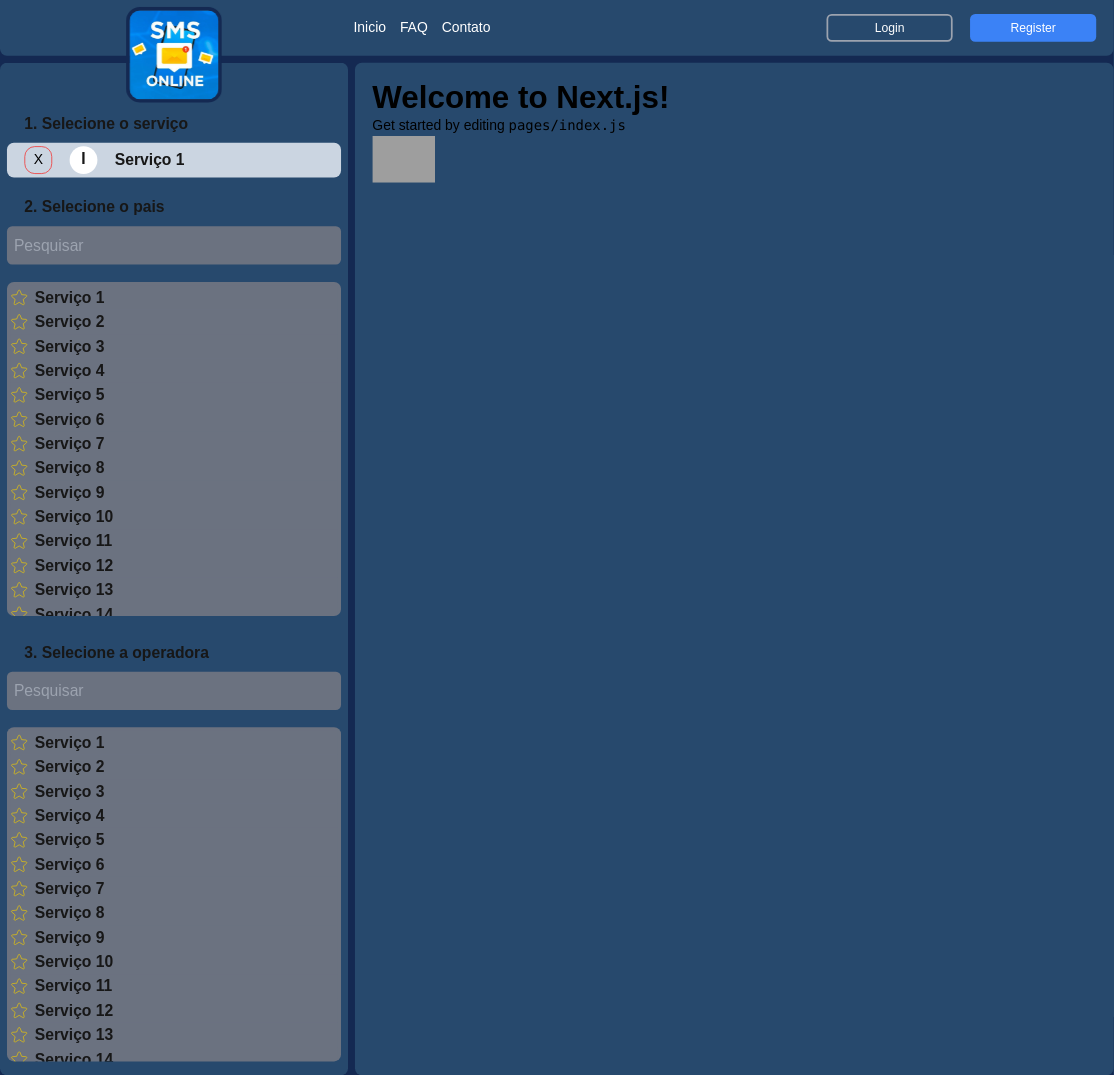
Repository: Felipe-Henrique-Dev/-DIOGO-SMS
Page: /, after clicking the first element matching `button.flex-col`
These files come from the project's save history. The page is drawn as it stood at one moment and after the next save; the edit follows.
The browser window is 1280 px wide. The pictures show the whole page, at 87% of full size.
Pictures or frames that could not be fetched are drawn as grey boxes. The project was rebuilt for these pictures with package versions that can differ from the ones it lists, and the page was loaded fresh each time. The framework's server and built-in components were replaced by stand-ins that run in the browser. Also part of the build but not shown: next.config.ts.

Above is the page before, as saved 2024-12-16 22:31:18.

### src/app/layout.tsx
import type { Metadata } from "next";
import "./globals.css";
import Header from "@/components/main/Header";
import Main from "@/components/main/Main";
import WebApp from "@/components/main/WebApp";



export const metadata: Metadata = {
  title: "Create Next App",
  description: "Generated by create next app",
};

export default function RootLayout({
  children,
}: Readonly<{
  children: React.ReactNode;
}>) {
  return (
    <html lang="pt-br">
      <body className={`antialiased`}>
        <Header />
        <Main>
          <WebApp />
          {children}
        </Main>
      </body>
    </html>
  );
}

### src/app/page.tsx
import Section from "@/components/main/Section";
import Image from "next/image";

export default function Home() {
  return (
    <Section>
      <h1 className="text-4xl font-bold text-center">Welcome to Next.js!</h1>
      <p className="text-center">
        Get started by editing <code>pages/index.js</code>
      </p>
      <Image
        src="/vercel.svg"
        alt="Vercel Logo"
        width={72}
        height={16}
      />
    </Section>
  );
}

### src/app/globals.css
@tailwind base;
@tailwind components;
@tailwind utilities;

:root {
  --background: hsl(220, 60%, 20%);
  --background-secondary: hsl(211, 47%, 29%);
  --background-tertiary: hsl(0, 0%, 87%);
  --primary_text: hsl(0, 0%, 100%);
  --foreground: #171717;
  --color-primary: #000;
  --color-secondary: hsl(208, 98%, 43%);
}


body {
  color: var(--foreground);
  background: var(--background);
  font-family: Arial, Helvetica, sans-serif;
}

::-webkit-scrollbar {
  width: 8px;
  height: 10px;
}

::-webkit-scrollbar-track {
  background-color: var(--background);
}

::-webkit-scrollbar-thumb {
  background: var(--color-secondary);
  border-radius: 10px;
}

::-webkit-scrollbar-thumb:hover {
  background-color: var(--color-highlight-hover);
}

### src/components/main/Header.tsx
import React from "react";
import { Button } from "./Button";


export default function Header() {
  return (
    <header className="h-16 bg-background_secondary max-w-screen-2xl m-auto top-0 items-center justify-between  flex rounded-b-lg px-5 z-[99] ">
        <span className="text-white text-lg font-bold"></span>
        <nav className="flex gap-4">
            <a href="#" className="text-white">Inicio</a>
            <a href="#" className="text-white">FAQ</a>
            <a href="#" className="text-white">Contato</a>
        </nav>
        <div className="container flex justify-between items-center w-1/4 gap-5">
            <Button type="button" size="sm" className="text-white" isLoading={false} bgColor="none">Login</Button>
            <Button type="button" size="sm" className="text-white" isLoading={false} bgColor="primary">
                Register
            </Button>
        </div>
    </header>
  );
}

### src/components/main/Main.tsx
import React from "react";

export default function Main({
  children,
}: Readonly<{
  children: React.ReactNode;
}>) {
  return (
    <main className="container max-w-screen-2xl mx-auto flex pt-2 gap-2 ">
      {children}
    </main>
  );
}

### src/components/main/WebApp.tsx
'use client'
import React from "react";
import { Input } from "./Input";
import { useForm } from "react-hook-form"
import Image from "next/image";
export default function WebApp() {
  const [selectService, setSelectService] = React.useState<{ title: string; valor: number; numberDispobilize: number; id: string } | null>(null);
  const [selectCountry, setSelectCountry] = React.useState<{ title: string; valor: number; numberDispobilize: number; id: string } | null>(null);
  const [selectOperator, setSelectOperator] = React.useState<{ title: string; valor: number; numberDispobilize: number; id: string } | null>(null);

  return (
    <aside className="min-w-[25rem] min-h-[90svh] bg-background_secondary text-pri sticky left-0 top-[4.5rem] rounded-lg flex flex-col p-2 gap-5  pt-14 z-[999]">
      <Image src="/logo.webp" alt="Logo" width={110} height={110} className="rounded-2xl absolute -top-16 transform -translate-x-1/2 left-1/2 z-[99] border-4 border-background " />
      <Container subTitle="1. Selecione o serviço" list={list} select={selectService} setSelect={setSelectService} />
      <Container subTitle="2. Selecione o pais" list={list} select={selectCountry} setSelect={setSelectCountry} />
      <Container subTitle="3. Selecione a operadora" list={list} select={selectOperator} setSelect={setSelectOperator} />
    </aside>
  );
}


const Container = ({
  list,
  subTitle,
  select,
  setSelect
}: {
  subTitle: string;
  select?: { title: string; valor: number; numberDispobilize: number; id: string } | null;
  setSelect: React.Dispatch<React.SetStateAction<{ title: string; valor: number; numberDispobilize: number; id: string } | null>>;
  list: { title: string; valor: number; numberDispobilize: number; id: string }[];
}) => {
  const { register, watch } = useForm();
  const filter = (watch("filter") || "").toLowerCase();
  const [favorites, setFavorites] = React.useState<string[]>([]);
  const [loading, setLoading] = React.useState<boolean>(true);

  React.useEffect(() => {
    const storedFavorites = JSON.parse(localStorage.getItem("favorites") || "[]");
    setFavorites(storedFavorites);
    setLoading(false);
  }, []);

  const setFavoriteInStorage = (item: string) => {
    const newFavorites = favorites.includes(item)
      ? favorites.filter(favorite => favorite !== item)
      : [...favorites, item];

    setFavorites(newFavorites);
    localStorage.setItem("favorites", JSON.stringify(newFavorites));
  };

  // Primeiro filtrar e ordenar a lista antes do map
  const filteredAndSortedList = React.useMemo(() => {
    return list
      .filter(item => item.title.toLowerCase().includes(filter))
      .sort((a, b) => {
        const aFav = favorites.includes(a.id);
        const bFav = favorites.includes(b.id);
        if (aFav && !bFav) return -1;
        if (!aFav && bFav) return 1;
        return 0;
      });
  }, [list, filter, favorites]);

  if (loading) return <div>Carregando...</div>;

  return (
    <div className="flex flex-col gap-2  ">
      <span className="text-lg font-bold w-full text-start px-5">{subTitle}</span>
      {
        select ?
          <div className="flex w-full bg-slate-300 rounded-lg h-10 items-center justify-start px-5 gap-5 ">
            <button onClick={() => setSelect(null)} className="flex items-center justify-center gap-2 h-8 min-w-8 rounded-xl border-red-500 border-[1px] text-black">X</button>
            <span className="text-lg font-bold min-w-8 h-8 rounded-full text-center bg-white ">I</span>
            <span className="text-lg font-bold w-auto text-center">{select.title}</span>
          </div>
        :
        <>
          <Input type="text" placeholder="Pesquisar" size="lg" register={register("filter")} />
          <div className="h-96 bg-gray-500 w-full my-2 overflow-x-auto scroll-smooth rounded-lg p-1 ">
            {filteredAndSortedList.map((item) => (
              <div className="bg-gray-500 w-full flex items-center justify-start gap-2" key={item.id}>
                <Stars
                  stars={favorites.includes(item.id)}
                  setFavorite={() => setFavoriteInStorage(item.id)}
                />
                <button className="flex flex-col" onClick={() => setSelect(item)}>
                  <span className="text-lg font-bold w-full text-center">{item.title}</span>
                </button>
              </div>
            ))}
          </div>
        </>
      }
    </div>
  );
};



const list = [
  {
    id: "1",
    title: "Serviço 1",
    valor: 10.00,
    numberDispobilize: 6000,
  },
  {
    id: "2",
    title: "Serviço 2",
    valor: 20.00,
    numberDispobilize: 5000,
  },
  {
    id: "3",
    title: "Serviço 3",
    valor: 30.00,
    numberDispobilize: 4000,
  },
  {
    id: "4",
    title: "Serviço 4",
    valor: 40.00,
    numberDispobilize: 3000,
  },
  {
    id: "5",
    title: "Serviço 5",
    valor: 50.00,
    numberDispobilize: 2000,
  },
  {
    id: "6",
    title: "Serviço 6",
    valor: 60.00,
    numberDispobilize: 1000,
  },
  {
    id: "7",
    title: "Serviço 7",
    valor: 70.00,
    numberDispobilize: 900,
  },
  {
    id: "8",
    title: "Serviço 8",
    valor: 80.00,
    numberDispobilize: 800,
  },
  {
    id: "9",
    title: "Serviço 9",
    valor: 90.00,
    numberDispobilize: 700,
  },
  {
    id: "10",
    title: "Serviço 10",
    valor: 100.00,
    numberDispobilize: 600,
  },
  {
    id: "11",
    title: "Serviço 11",
    valor: 110.00,
    numberDispobilize: 500,
  },
  {
    id: "12",
    title: "Serviço 12",
    valor: 120.00,
    numberDispobilize: 400,
  },
  {
    id: "13",
    title: "Serviço 13",
    valor: 130.00,
    numberDispobilize: 300,
  },
  {
    id: "14",
    title: "Serviço 14",
    valor: 140.00,
    numberDispobilize: 200,
  },
  {
    id: "15",
    title: "Serviço 15",
    valor: 150.00,
    numberDispobilize: 100,
  }
];

const Stars = ({stars, setFavorite} : {stars: boolean, setFavorite: () => void}) => {
  return (
      <>
          {
              !stars?
              <svg width="20" height="20" viewBox="0 0 13 12" fill="none" xmlns="http://www.w3.org/2000/svg" onClick={setFavorite} className="cursor-pointer" >
                  <path d="M6.49956 9.51326L9.26623 11.1866C9.77289 11.4933 10.3929 11.0399 10.2596 10.4666L9.52623 7.31992L11.9729 5.19993C12.4196 4.81326 12.1796 4.07993 11.5929 4.03326L8.37289 3.75993L7.11289 0.786592C6.88623 0.246592 6.11289 0.246592 5.88623 0.786592L4.62623 3.75326L1.40623 4.02659C0.81956 4.07326 0.57956 4.80659 1.02623 5.19326L3.47289 7.31326L2.73956 10.4599C2.60623 11.0333 3.22623 11.4866 3.73289 11.1799L6.49956 9.51326Z" fill="none" stroke="#EFC900" strokeWidth="0.5"/>
              </svg>
              :
              <svg width="20" height="20" viewBox="0 0 13 12" fill="none" xmlns="http://www.w3.org/2000/svg" onClick={setFavorite} className="cursor-pointer">
                  <path d="M6.49956 9.51326L9.26623 11.1866C9.77289 11.4933 10.3929 11.0399 10.2596 10.4666L9.52623 7.31992L11.9729 5.19993C12.4196 4.81326 12.1796 4.07993 11.5929 4.03326L8.37289 3.75993L7.11289 0.786592C6.88623 0.246592 6.11289 0.246592 5.88623 0.786592L4.62623 3.75326L1.40623 4.02659C0.81956 4.07326 0.57956 4.80659 1.02623 5.19326L3.47289 7.31326L2.73956 10.4599C2.60623 11.0333 3.22623 11.4866 3.73289 11.1799L6.49956 9.51326Z" fill="#EFC900"/>
              </svg>
          }
      </>
  );
}

### src/components/main/Section.tsx
import { cn } from "@/lib/utils";
import React from "react";

export default function Section({
  children,
  className
}: Readonly<{
  children: React.ReactNode;
  className?: string;
}>) {
  return (
    <section className={cn(
      "p-5 flex flex-col min-h-[90svh] bg-background_secondary w-full text-black items-start justify-start rounded-lg ",
      className
    )}>
      {children}
    </section>
  );
}

### src/components/main/Button.tsx
/* eslint-disable @typescript-eslint/no-explicit-any */
import { cn } from "@/lib/utils";
import React from "react";

export const Button = ({
    className,
    size = "md",
    onClick,
    children,
    type,
    isLoading,
    bgColor = "primary",
}:{
    type: 'button' | 'submit' | 'reset';
    onClick?: (event: React.MouseEvent<HTMLButtonElement>) => void;
    className?: string;
    children: React.ReactNode;
    size?: "sm" | "md" | "lg";
    isLoading: boolean;
    bgColor?: "primary" | "secondary" | "danger" | "none";
}) => {

    const sizes = {
        sm: "w-1/2 h-8 text-sm",
        md: "w-3/4 h-10 text-base",
        lg: "w-full h-14 text-lg",
    };

    const bgColors = {
        primary: "bg-blue-500 text-white",
        secondary: "bg-gray-500 text-white",
        danger: "bg-red-500 text-white",
        none: "bg-transparent text-black border-gray-400 border-2 "
    };

    return (
        <button
            type={type}
            onClick={onClick}
            className={cn(
                "p-2 rounded-md relative flex items-center justify-center",
                bgColors[bgColor],
                sizes[size],
                className
            )}
            disabled={isLoading}
        >
            {
                isLoading ? loading() : children
            }
        </button>
    );
}


const loading = () => {
    return (
        <div className="absolute inset-0 bg-gray-300 bg-opacity-50 flex items-center justify-center">
            <div className="animate-spin rounded-full h-12 w-12 border-t-2 border-b-2 border-gray-900"></div>
        </div>
    );
}

### src/components/main/Input.tsx
/* eslint-disable @typescript-eslint/no-unused-vars */
/* eslint-disable @typescript-eslint/no-explicit-any */
import { cn } from "@/lib/utils";
import React from "react";

export const Input = ({
    type,
    placeholder,
    classNameSpan,
    classNameLabel,
    classNameInput,
    label,
    size = "md",
    icon,
    register,
    bgColor = "secondary",
    labelIsHidden = false,
    name
}:{
    type: 'text' | 'password' | 'email';
    placeholder: string;
    classNameSpan?: string;
    classNameLabel?: string;
    classNameInput?: string;
    size?: "sm" | "md" | "lg";
    icon?: React.ReactNode;
    register?: any;
    label?: string;
    bgColor?: "primary" | "secondary" | "danger" | "none";
    labelIsHidden?: boolean;
    name?: string;
}) => {

    const sizes = {
        sm: "w-1/2 h-8 text-sm",
        md: "w-3/4 h-10 text-base",
        lg: "w-full h-12 text-lg",
    };

    const bgColors = {
        primary: "bg-blue-500 text-white",
        secondary: "bg-gray-500 text-white",
        danger: "bg-red-500 text-white",
        none: "bg-transparent text-black border-gray-300 border-2"
    };


    return (
        <span className={cn(
                "relative flex flex-col",
                sizes[size],
                classNameSpan,
        )}>
            {
                labelIsHidden &&
                <label className={cn(
                    classNameLabel
                )} >
                    {label}
                </label>
            }
            <input
                type={type}
                placeholder={placeholder}
                {...register}
                className={cn(
                    "p-2 rounded-md relative w-full",
                    classNameInput,
                    bgColors[bgColor]
                )}
            />
            {icon}
        </span>

    );
}

### tailwind.config.ts
import type { Config } from "tailwindcss";

export default {
  content: [
    "./src/pages/**/*.{js,ts,jsx,tsx,mdx}",
    "./src/components/**/*.{js,ts,jsx,tsx,mdx}",
    "./src/app/**/*.{js,ts,jsx,tsx,mdx}",
  ],
  theme: {
    extend: {
      colors: {
        background: "var(--background)",
        foreground: "var(--foreground)",
        background_secondary: "var(--background-secondary)",
        primary: "var(--primary)",
      },
      background : {
        background: "var(--background)",
        background_secondary: "var(--background-secondary)",
        foreground: "var(--foreground)",
      },
    },
  },
  plugins: [],
} satisfies Config;

Loaded but not shown: src/lib/utils.ts (common file)

After the next save:
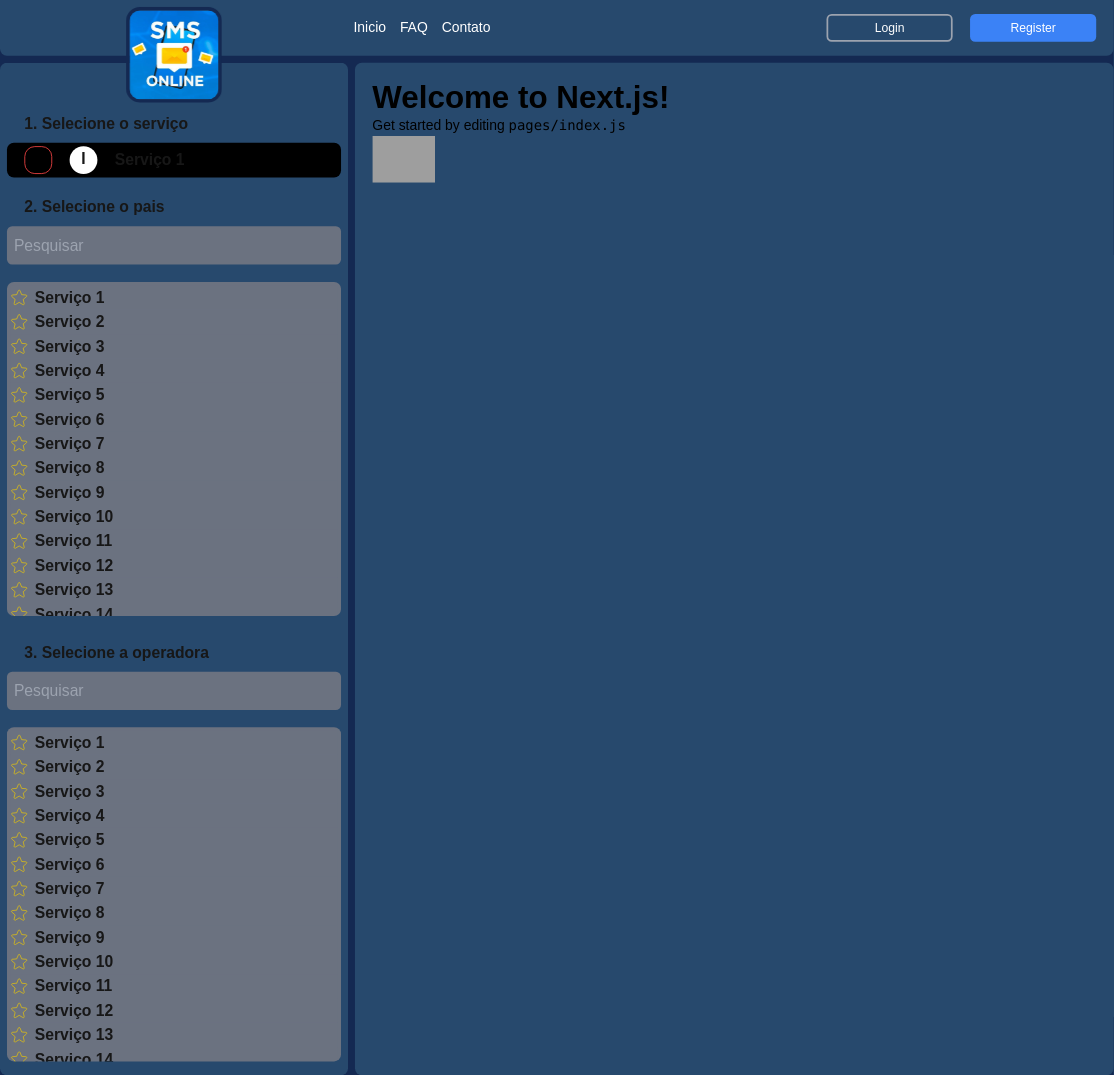
Saved 12 s later.
--- a/src/components/main/WebApp.tsx
+++ b/src/components/main/WebApp.tsx
@@ -70,7 +70,7 @@ const Container = ({
       <span className="text-lg font-bold w-full text-start px-5">{subTitle}</span>
       {
         select ?
-          <div className="flex w-full bg-slate-300 rounded-lg h-10 items-center justify-start px-5 gap-5 ">
+          <div className="flex w-full bg-black rounded-lg h-10 items-center justify-start px-5 gap-5 ">
             <button onClick={() => setSelect(null)} className="flex items-center justify-center gap-2 h-8 min-w-8 rounded-xl border-red-500 border-[1px] text-black">X</button>
             <span className="text-lg font-bold min-w-8 h-8 rounded-full text-center bg-white ">I</span>
             <span className="text-lg font-bold w-auto text-center">{select.title}</span>
